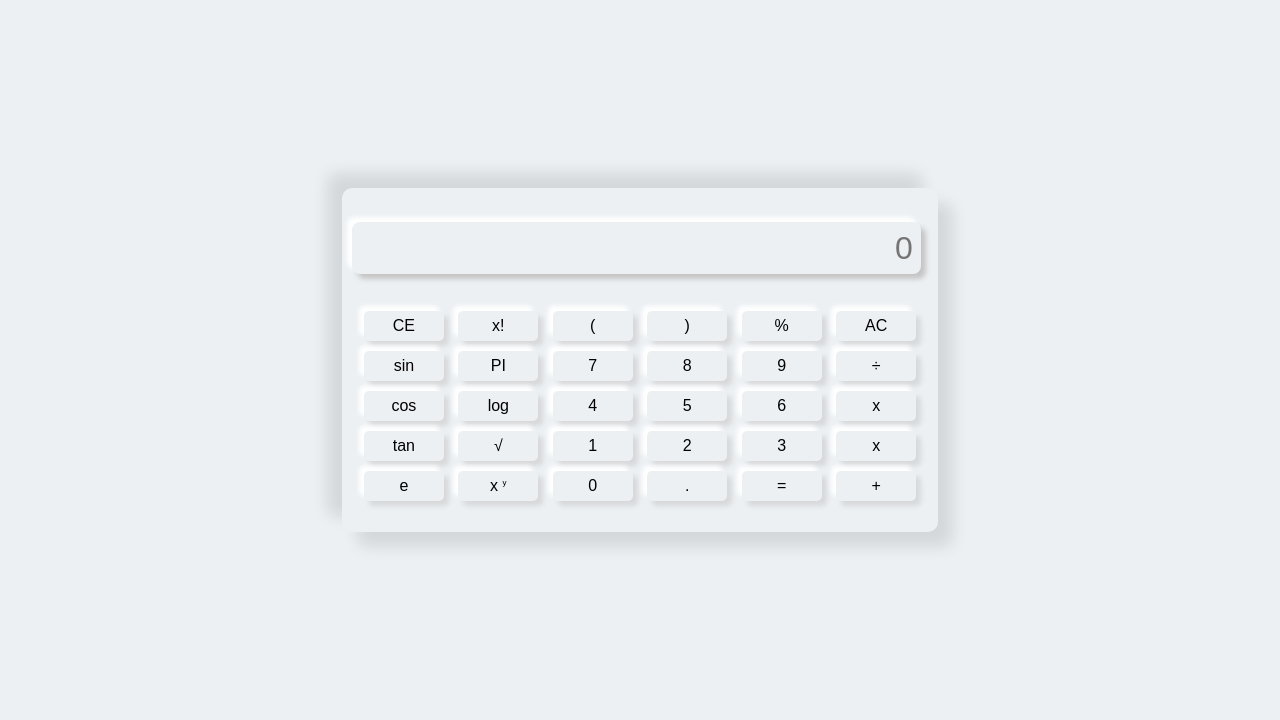
Repository: Haakim19/Scientific-Calculator
Page: intex.html
An editor plug-in stored every save of this project. The page is shown before and after the next save, followed by the edit.
The browser window is 1280 px wide. The pictures show the whole page.

Above is the page before, as saved 2024-10-27 13:38:41.

After the next save:
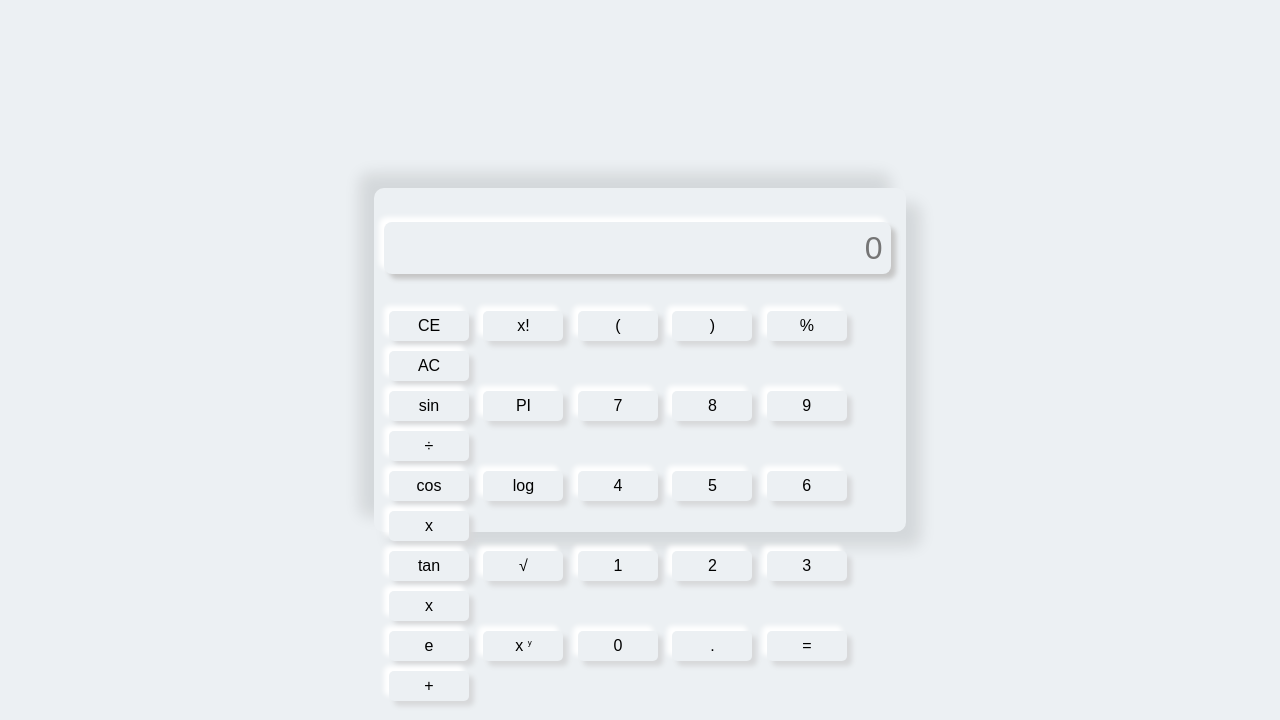
Saved 7 s later.
--- a/Style.css
+++ b/Style.css
@@ -11,7 +11,7 @@ body{
 }
 
 .container{
-    width: 45%;
+    width: 40%;
     height: 45vh;
     padding: 10px;
     border-radius: 10px;
